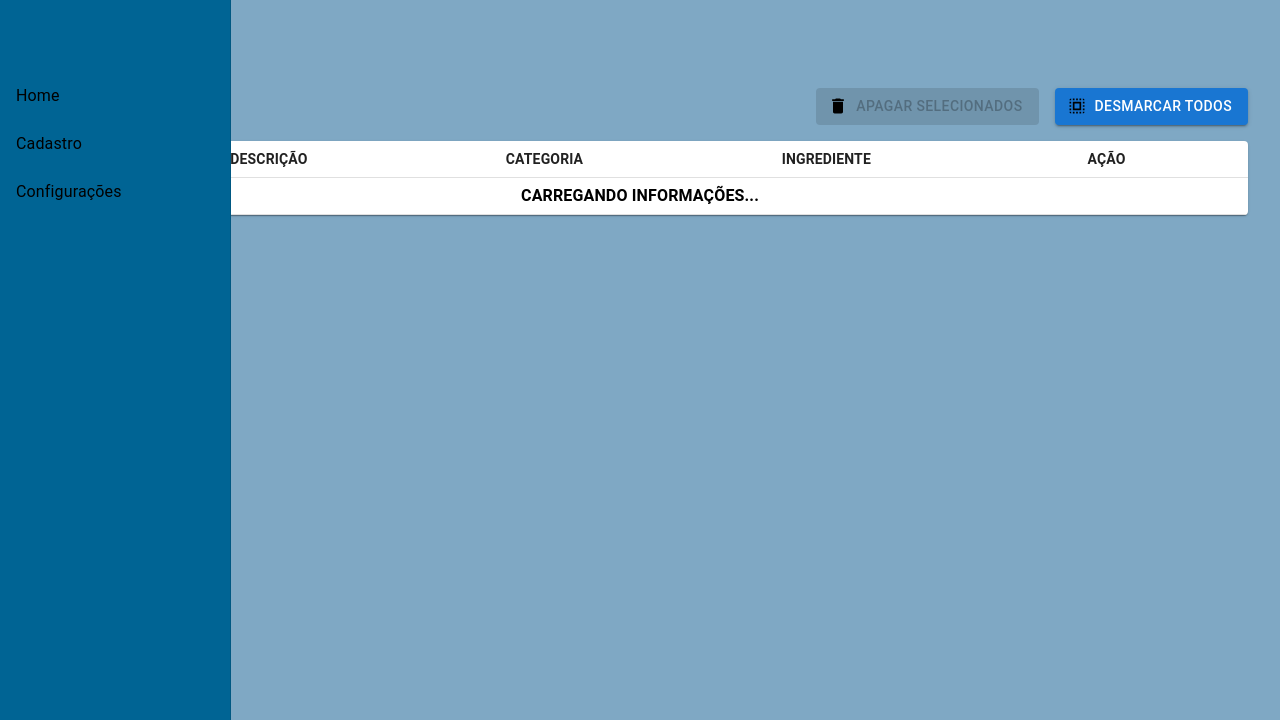
Repository: oZanella/projeto_windel_web_CRM
Page: /
An editor plug-in stored every save of this project. The page is shown before and after a run of saves, followed by the edit.
The browser window is 1280 px wide. The pictures show the whole page.
The page's requests for data from a server got no answer. The project was rebuilt for these pictures with package versions that can differ from the ones it lists, and the page was loaded fresh each time. No one was signed in, and anything a server would have sent is missing. Also part of the build but not shown: vite.config.js, src/components/Button.jsx, src/components/ModalConfirmDelete.jsx, src/routes/Configuracoes.jsx. Imported but missing from the stored project, and not drawn on this page: src/routes/Cadastro.jsx.

Above is the page before, as saved 2024-08-19 08:41:13.

### index.html
<!doctype html>
<html lang="en">

<head>
  <meta charset="UTF-8" />
  <link rel="icon" type="image/svg+xml" href="./src/image/LogoWindel.svg" />
  <link rel="stylesheet" href="src/style/GlobalStyles.css" />
  <link href="https://fonts.googleapis.com/css2?family=Playfair+Display&display=swap" rel="stylesheet">

  <meta name="viewport" content="width=device-width, initial-scale=1.0" />
  <title>Projeto Teste - CRM </title>
</head>

<body>
  <div id="root"></div>
  <script type="module" src="/src/main.jsx"></script>
</body>

</html>

### src/style/GlobalStyles.css
:root {
  --click: #7fa8c4;
  --primary: #E8F1F2;
  --darkblue: #13293D;
  --secondary: #000000;
  --ligthblue: #1b98e0;
  --animation: #006494;
  --ligthkgrey: #D3D3D3;
  --blueceledron: #247ba0;
  --delete: #FF0000;
}

* {
    color: var(--secondary);
}

body {
  background-color: var(--click);
}

### src/main.jsx
import { createBrowserRouter, RouterProvider, Navigate } from "react-router-dom"
import { createRoot } from 'react-dom/client'
import { StrictMode } from 'react'
import { App } from './App.jsx'

import './style/GlobalStyles.css'

//páginas do projeto
import { Cadastro } from './routes/Cadastro.jsx'
import { Home } from './routes/Home.jsx'
import { Configuracoes } from './routes/configuracoes.jsx'

const router = createBrowserRouter([
  {
    element: <App />,
    children: [
      {
        path: '/',
        element: <Navigate to="/home" replace />,
      },
      {
        path: '/home',
        element: <Home />,
      },
      {
        path: '/cadastro',
        element: <Cadastro />,
      },
      {
        path: '/configuracoes',
        element: <Configuracoes />,
      },
    ],
  },
])

createRoot(document.getElementById('root')).render(
  <StrictMode>
    <RouterProvider router={router} />
  </StrictMode>,
)

### src/App.jsx
import { Header } from './components/Header'
import { Outlet } from 'react-router-dom'
import { Box } from '@mui/material'
import './style/GlobalStyles.css'

export function App() {
  return (
    <Box sx={{ p: { xs: 2, sm: 3 }, marginTop: { xs: 8, sm: 8 } }}>
      <Header />
      <Box>
        <Outlet />
      </Box>
    </Box>
  );
}

### src/routes/Home.jsx
import React, { useEffect, useState } from 'react';
import { Box, TextField, Button, Dialog, DialogActions, DialogContent, DialogTitle, Select, MenuItem, FormControl, InputLabel } from '@mui/material';

import { handleShowDetails, handleEdit, handleSave, handleInputChange } from '../components/Handle';
import { CardDados } from '../components/TableHome';

import { blogFetch } from '../axios/config';


export const Home = () => {
  const [posts, setPosts] = useState([]);
  const [selectInfo, setSelectInfo] = useState(null);
  const [modeEdit, setModeEdit] = useState(null);
  const [dataEdit, setDataEdit] = useState({});
  const [openAddDialog, setOpenAddDialog] = useState(false);
  const [newPost, setNewPost] = useState({ name: '', description: '', category: '' });

  const getPosts = async () => {
    try {
      const response = await blogFetch.get("/recipe");
      const uniqueData = response.data.filter((value, index, self) =>
        index === self.findIndex((t) => t.id === value.id)
      );
      setPosts(uniqueData); // Garante que não tenha dados duplicados
    } catch (error) {
      console.log(error);
    }
  };

  useEffect(() => {
    getPosts();
  }, []);

  const handleDelete = async (postId) => {
    try {
      await blogFetch.delete(`/recipe/${postId}`);
      setPosts(posts.filter(post => post.id !== postId));
      console.log('Post deletado com sucesso');
    } catch (error) {
      console.error('Erro ao deletar o post', error);
    }
  };

  const handleAddOpen = () => setOpenAddDialog(true);
  const handleAddClose = () => setOpenAddDialog(false);

  {/* API para envio do novo registro*/ }
  const handleAdd = async () => {
    try {
      const newPostFormatted = {
        name: newPost.name,
        description: newPost.description,
        ingredients: [],
        category: newPost.category,
        isFavorite: newPost.isFavorite
      };

      const response = await blogFetch.post("/recipe", newPostFormatted);
      setPosts([...posts, response.data]);
      setNewPost({ name: '', description: '', category: '', isFavorite: false });
      handleAddClose();
      console.log('Post adicionado com sucesso');
    } catch (error) {
      console.error('Erro ao adicionar o post', error);
    }
  };

  return (
    <Box>
      {/* Dados para Adicionar Novo Registro */}
      <Dialog open={openAddDialog} onClose={handleAddClose}>
        <DialogTitle>Adicionar Novo Registro</DialogTitle>
        <DialogContent>
          <TextField
            name="name"
            label="Nome"
            value={newPost.name}
            onChange={(e) => setNewPost({ ...newPost, name: e.target.value })}
            fullWidth
            sx={{ marginBottom: 2 }}
          />
          <TextField
            name="description"
            label="Descrição"
            value={newPost.description}
            onChange={(e) => setNewPost({ ...newPost, description: e.target.value })}
            fullWidth
            sx={{ marginBottom: 2 }}
          />
          <TextField
            name="category"
            label="Categoria"
            value={newPost.category}
            onChange={(e) => setNewPost({ ...newPost, category: e.target.value })}
            fullWidth
            sx={{ marginBottom: 2 }}
          />
          <FormControl fullWidth sx={{ marginBottom: 2 }}>
            <InputLabel>Favorito</InputLabel>
            <Select
              name="isFavorite"
              value={newPost.isFavorite}
              onChange={(e) => setNewPost({ ...newPost, isFavorite: e.target.value })}
              label="Favorito"
            >
              <MenuItem value={true}>Sim</MenuItem>
              <MenuItem value={false}>Não</MenuItem>

            </Select>
          </FormControl>
        </DialogContent>
        <DialogActions>
          <Button onClick={handleAddClose}>Cancelar</Button>
          <Button onClick={handleAdd}>Adicionar</Button>
        </DialogActions>
      </Dialog>

      <CardDados
        posts={posts}
        handleDelete={handleDelete}
        handleEdit={handleEdit}
        handleSave={handleSave}
        modeEdit={modeEdit}
        setModeEdit={setModeEdit}
        dataEdit={dataEdit}
        setDataEdit={setDataEdit}
        handleInputChange={handleInputChange}
        selectInfo={selectInfo}
        setSelectInfo={setSelectInfo}
        handleShowDetails={handleShowDetails}
      />
    </Box>
  );
};

### src/components/Header.jsx
import { AppBar, Toolbar, Typography, Box, Button, IconButton, Drawer, List, ListItem, ListItemText } from '@mui/material';
import MenuIcon from '@mui/icons-material/Menu';
import Logo from '../image/LogoWindel.svg';
import { Link } from 'react-router-dom';
import React, { useState } from 'react';

export const Header = () => {
  const [isDrawerOpen, setIsDrawerOpen] = useState(false);

  const toggleDrawer = (open) => () => {
    setIsDrawerOpen(open);
  };

  const menuItems = [
    { text: 'Home', link: '/home' },
    { text: 'Cadastro', link: '/cadastro' },
    { text: 'Configurações', link: '/configuracoes' },
  ];

  return (
    <>

      <AppBar
        position="fixed"
        sx={{
          display: { xs: 'flex', sm: 'none' },
          width: '100%',
          boxShadow: '0px 0.01px 11px var(--secondary)',
          top: 0,
          left: 0,
          backgroundColor: 'var(--darkblue)',
        }}
      >
        <Toolbar
          sx={{
            display: 'flex',
            justifyContent: 'space-between',
          }}
        >
          <IconButton
            edge="start"
            color="inherit"
            aria-label="menu"
            onClick={toggleDrawer(true)}
          >
            <MenuIcon />

          </IconButton>
          <Typography variant="h6" sx={{ flexGrow: 1 }}>
            Cooking Cake
          </Typography>

          <IconButton
            to={`/home`}
            sx={{
              cursor: 'default',
            }}
            component={Link}
            aria-label="logo"
          >
            <img src={Logo} alt="Logo" style={{ width: '50px', height: '40px' }} />
          </IconButton>
        </Toolbar>
      </AppBar>


      <Drawer
        anchor="left"
        open={isDrawerOpen}
        onClose={toggleDrawer(false)}
        sx={{
          display: { xs: 'block', sm: 'none' },
          '& .MuiDrawer-paper': {
            width: 240,
            backgroundColor: 'var(--darkblue)',
          },
        }}
      >
        <List>
          {menuItems.map((item) => (
            <ListItem key={item.text} component={Link} to={item.link} onClick={toggleDrawer(false)}>
              <ListItemText primary={item.text} />
            </ListItem>
          ))}
        </List>
      </Drawer>


      <Drawer
        variant="permanent"
        sx={{
          display: { xs: 'none', sm: 'block' },
          '& .MuiDrawer-paper': {
            width: 230,
            backgroundColor: 'var(--animation)',
          },
        }}
        open
      >
        <Toolbar />
        <Box sx={{ overflow: 'auto' }}>
          <List>
            {menuItems.map((item) => (
              <ListItem key={item.text} component={Link} to={item.link}>
                <ListItemText primary={item.text} />
              </ListItem>
            ))}
          </List>
        </Box>
      </Drawer>

      {/* Area do main */}
      <Box
        component="main"
        sx={{
          marginLeft: { sm: '500px' },
        }}
      >

      </Box>
    </>
  );
};

### src/components/Handle.jsx

import { blogFetch } from '../axios/config';


export const handleShowDetails = (post, setSelectInfo, selectInfo) => {
  if (selectInfo?.id === post.id) {
    setSelectInfo(null); // Fecha se já estiver aberto
  } else {
    setSelectInfo(post); // Abre o post atual
  }
};

export const handleEdit = (post, setModeEdit, setDataEdit) => {
  setModeEdit(post.id);
  setDataEdit(post);
};

//continua com erro, verificar!!
export const handleSave = async (postId, updateData) => {
  try {
    // Envie uma requisição PUT ou POST para salvar os dados atualizados
    const response = await blogFetch.put(`/blogFetch/posts/${postId}`, updateData);
    console.log('Dados salvos com sucesso', response.data);

  } catch (error) {
    console.error('Erro de API', error);
  }
};

export const handleInputChange = (e, setDataEdit) => {
  setDataEdit(prevDataEdit => ({ ...prevDataEdit, [e.target.name]: e.target.value }));
};

### src/axios/config.jsx
// src/axios/config.js
import axios from 'axios';

export const blogFetch = axios.create({
  baseURL: 'https://teste-tecnico-front-api.up.railway.app',
  headers: {
    'Content-Type': 'application/json',
  },
});

Loaded but not shown: src/components/TableHome.jsx (301 lines, source omitted)

After the next 19 saves:
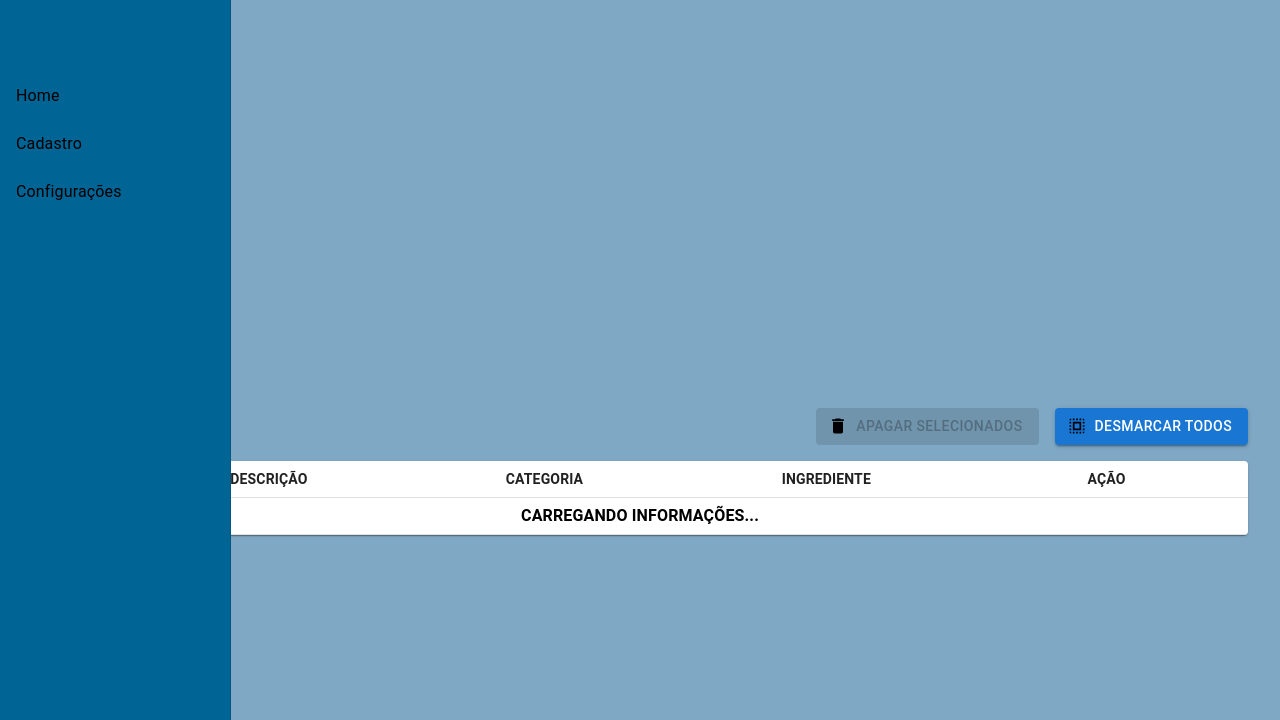
The 19 saves are shown as one change because 1 did not build or start and some came seconds apart.
The last was saved 54 s later.
--- a/src/components/Header.jsx
+++ b/src/components/Header.jsx
@@ -113,7 +113,7 @@
       <Box
         component="main"
         sx={{
-          marginLeft: { sm: '500px' },
+          padding: 20,
         }}
       >
 

After the 5 saves that followed:
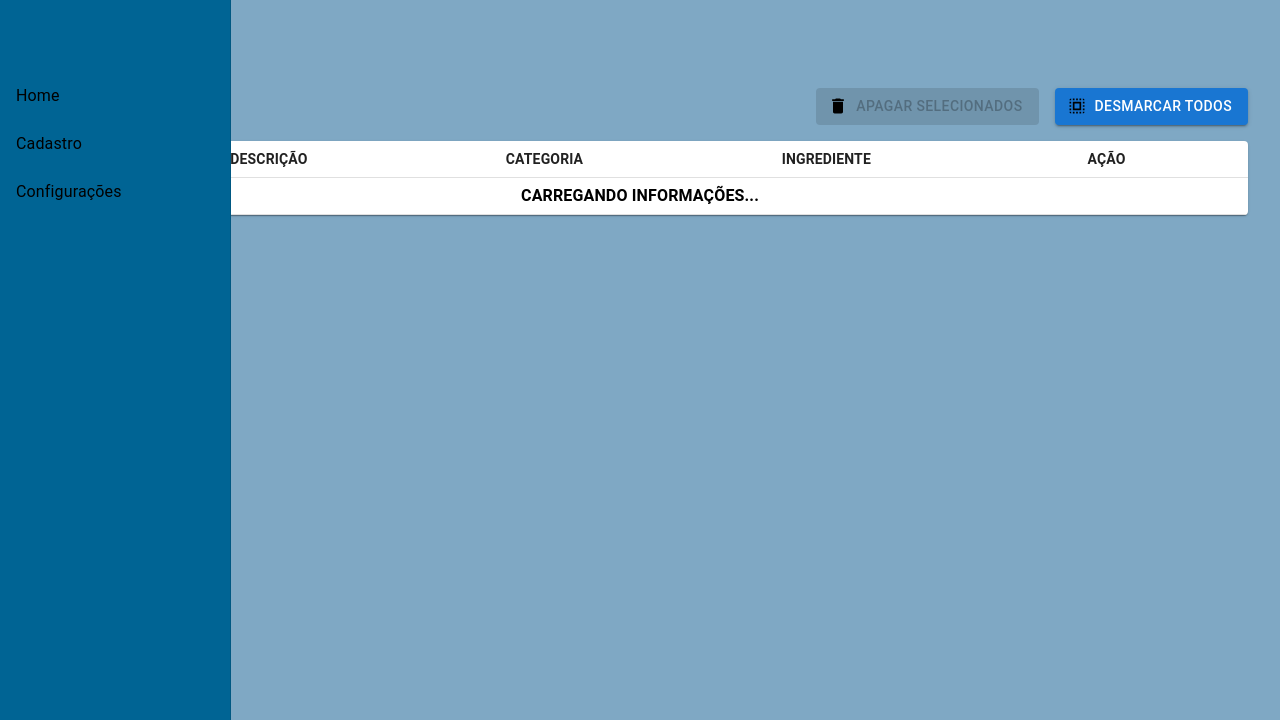
The 5 saves are shown as one change because they came seconds apart.
The last was saved 19 s later.
--- a/src/components/Header.jsx
+++ b/src/components/Header.jsx
@@ -113,7 +113,7 @@
       <Box
         component="main"
         sx={{
-          padding: 20,
+          ml: 503453,
         }}
       >
 
